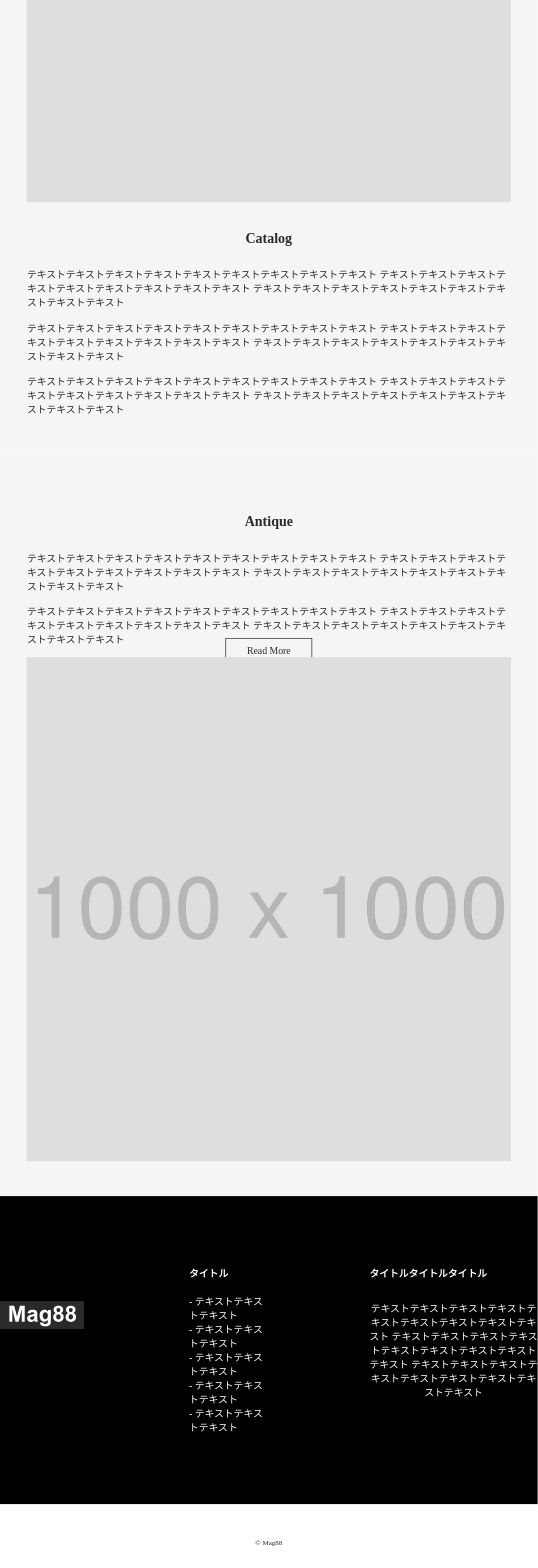
Repository: n19880405nick/challenge
Page: Codestep/Mag88/mag88.html
The author's editor kept a record of every edit. The page is drawn from the files as they stood at one moment, then again after the next edit.
The browser window is 768 px wide. The pictures show the part of the page from y = 3654 to 5894 px (the page is 5894 px tall before and 5844 px after), at 70% of full size.

Above is the page before.

### Codestep/Mag88/mag88.html
<!DOCTYPE html>
<html lang="ja">
  <head>
    <meta charset="UTF-8">
    <meta name="viewport" content="width=device-width,initial-scale=1.0">
    <title>Mag88</title>
    <link rel="stylesheet" href="mag88.css">
    <link rel="shortcut icon" href="img/favicon.ico">
  </head>

  <body>
    <main>
      <div class="main-visual">
        <img class="logo" src="img/logo.svg">
      </div>

      <div class="content1">
        <span class="title"><strong>A special, long article in a newspaper or magazine</strong></span>
        <span class="text">テキストテキストテキストテキストテキストテキストテキストテキストテキストテキスト<br>
                           テキストテキストテキストテキストテキストテキストテキストテキスト</span>
        <div class="contents-images">
          <a href="">
            <div class="content-image">
              <div class="inner">
                <span class="title"><strong>Archive</strong></span>
                <span class="inner-text">テキストテキストテキストテキスト<br>テキストテキストテキスト</span>
              </div>
            </div>
          </a>
          <a href="">
            <div class="content-image">
              <div class="inner">
                <span class="title"><strong>New</strong></span>
                <span class="inner-text">テキストテキストテキストテキスト<br>テキストテキストテキスト</span>
              </div>
            </div>
          </a>
        </div>
      </div>

      <div class="content2">
        <span class="title"><strong>Fashion & Style</strong></span>
        <span class="text">テキストテキストテキストテキストテキストテキストテキストテキストテキストテキスト<br>
                           テキストテキストテキストテキストテキストテキストテキストテキスト</span>
        <a href=""><span class="to-top">Read More</span></a>
      </div>

      <div class="content3">
        <div class="catalog-image"></div>
        <div class="catalog-text">
          <span class="title"><strong>Catalog</strong></span>
          <span class="text">
            テキストテキストテキストテキストテキストテキストテキストテキストテキスト
            テキストテキストテキストテキストテキストテキストテキストテキストテキスト
            テキストテキストテキストテキストテキストテキストテキストテキストテキスト<br><br>
            テキストテキストテキストテキストテキストテキストテキストテキストテキスト
            テキストテキストテキストテキストテキストテキストテキストテキストテキスト
            テキストテキストテキストテキストテキストテキストテキストテキストテキスト<br><br>
            テキストテキストテキストテキストテキストテキストテキストテキストテキスト
            テキストテキストテキストテキストテキストテキストテキストテキストテキスト
            テキストテキストテキストテキストテキストテキストテキストテキストテキスト
          </span>
        </div>
      </div>

      <div class="content4">
        <div class="antique-text">
          <span class="title"><strong>Antique</strong></span>
          <span class="text">
            テキストテキストテキストテキストテキストテキストテキストテキストテキスト
            テキストテキストテキストテキストテキストテキストテキストテキストテキスト
            テキストテキストテキストテキストテキストテキストテキストテキストテキスト<br><br>
            テキストテキストテキストテキストテキストテキストテキストテキストテキスト
            テキストテキストテキストテキストテキストテキストテキストテキストテキスト
            テキストテキストテキストテキストテキストテキストテキストテキストテキスト
          </span>
          <a href=""><span class="to-top">Read More</span></a>
        </div>
        <div class="antique-image"></div>
      </div>

      <div class="pre-footer">
        <a href=""><img class="logo" src="img/logo.svg"></a>
        <div class="pre-footer-list">
          <span class="pre-footer-title"><strong>タイトル</strong></span>
          <ul class="list">
            <li>- テキストテキストテキスト</li>
            <li>- テキストテキストテキスト</li>
            <li>- テキストテキストテキスト</li>
            <li>- テキストテキストテキスト</li>
            <li>- テキストテキストテキスト</li>
          </ul>
        </div>
        <div class="pre-footer-text">
          <span class="pre-footer-title"><strong>タイトルタイトルタイトル</strong></span>
          <span class="text">
            テキストテキストテキストテキストテキストテキストテキストテキストテキスト
            テキストテキストテキストテキストテキストテキストテキストテキストテキスト
            テキストテキストテキストテキストテキストテキストテキストテキストテキスト
          </span>
        </div>
      </div>

    </main>

    <footer>
      <span class="copyrights">© Mag88</span>
    </footer>
  </body>
</html>

### Codestep/Mag88/mag88.css
*{
  margin: 0;
  padding: 0;
  box-sizing: border-box;
}

body{
  font-family: Arial、Hiragino Sans、Hiragino Kaku Gothic ProN、Meiryo、sans-serif;
  font-size: 0.875rem;
  color: #2a2a2a;
}

.main-visual{
  width: 100%;
  height: 100vh;
  background-image: url("img/mainvisual.jpg");
  background-size: cover;
  background-position: center;
  position: relative;
}

.main-visual .logo{
  position: absolute;
  right: 30px;
  top: 30px;
}

.content1, .content2, .content3, .content4, .pre-footer{
  width: 1200px;
  padding: 0 5%;
  margin: 50px auto;
}

.content1{
  display: flex;
  flex-direction: column;
  align-items: center;
}

.title{
  font-size: 20px;
}

.text{
  margin: 30px 0;
  text-align: center;
}

.contents-images{
  display: flex;
  justify-content: center;
}

.content-image{
  width: 500px;
  height: 500px;
  margin: 0 10px;
  background-size: cover;
  background-position: center;
  position: relative;
}

.content-image:nth-child(1){
  background-image: url("img/magazine-archive.jpg");
}

.content-image:nth-child(2){
  background-image: url("img/magazine-new.jpg");
}

a{
  text-decoration: none;
}

a:hover{
  opacity: 0.7;
}

.inner{
  width: 50%;
  color: white;
  background-color: rgba(0, 0, 0, 0.5);
  position: absolute;
  top: 40%;
  left: 25%;
  display: flex;
  flex-direction: column;
  align-items: center;
}

.inner-text{
  text-align: center;
}

.content2{
  margin-top: 50px;
  padding-top: 30px;
  width: 100vw;
  height: 600px;
  background-image: url("img/fashion.jpg");
  background-size: cover;
  background-position: center;
  display: flex;
  flex-direction: column;
  align-items: center;
}

.to-top{
  color: #2a2a2a;
  padding: 10px 30px;
  border: solid 1px #2a2a2a;
}

.content3, .content4{
  width: 100vw;
  margin: 0;
  padding: 50px 5%;
  display: flex;
  justify-content: center;
  background-color: #f5f5f5;
}

.catalog-image, .antique-image{
  width: 500px;
  height: 500px;
  margin: 0 10px;
  background-size: cover;
  background-position: center;
}

.catalog-image{
  background-image: url("img/catalog.jpg");
}

.antique-image{
  background-image: url("img/antique.jpg");
}

.catalog-text, .antique-text{
  width: 500px;
  margin: 0 10px;
  padding-top: 40px;
  display: flex;
  flex-direction: column;
  align-items: center;
}

.catalog-text .text, .antique-text .text{
  margin-bottom: 50px;
  text-align: left;
}

.pre-footer{
  width: 100vw;
  background-color: black;
  color: white;
  padding: 100px 0;
  margin-top: 0;
  display: flex;
  justify-content: center;
}

.pre-footer .logo{
  padding-top: 50px;
}

.pre-footer-list{
  margin: 0 150px;
}

.list{
  margin-top: 20px;
  list-style: none;
}

.pre-footer-text{
  width: 390px;
  display: flex;
  flex-direction: column;
}

footer{
  display: flex;
  justify-content: center;
}

.copyrights{
  font-size: 10px;
  margin-bottom: 30px;
}

@media screen and (max-width: 896px){
  .content1, .content2{
    width: 100%;
    padding: 0 5%;
    margin: 50px auto;
  }

  .contents-images{
    flex-direction: column;
    align-items: center;
  }

  .content-image{
    width: 90vw;
    height: 90vh;
    margin-top: 30px;
  }

  .content2{
    margin-top: 50px;
    padding-top: 30px;
  }

  .content3, .content4{
    flex-direction: column;
    align-items: center;
  }

  .content4{
    margin-top: 0;
  }

  .catalog-image, .antique-image{
    width: 90vw;
    height: 90vh;
  }

  .catalog-text .text, .antique-text .text{
    margin-bottom: 0;
    width: 90vw;
  }

}

After the next edit:
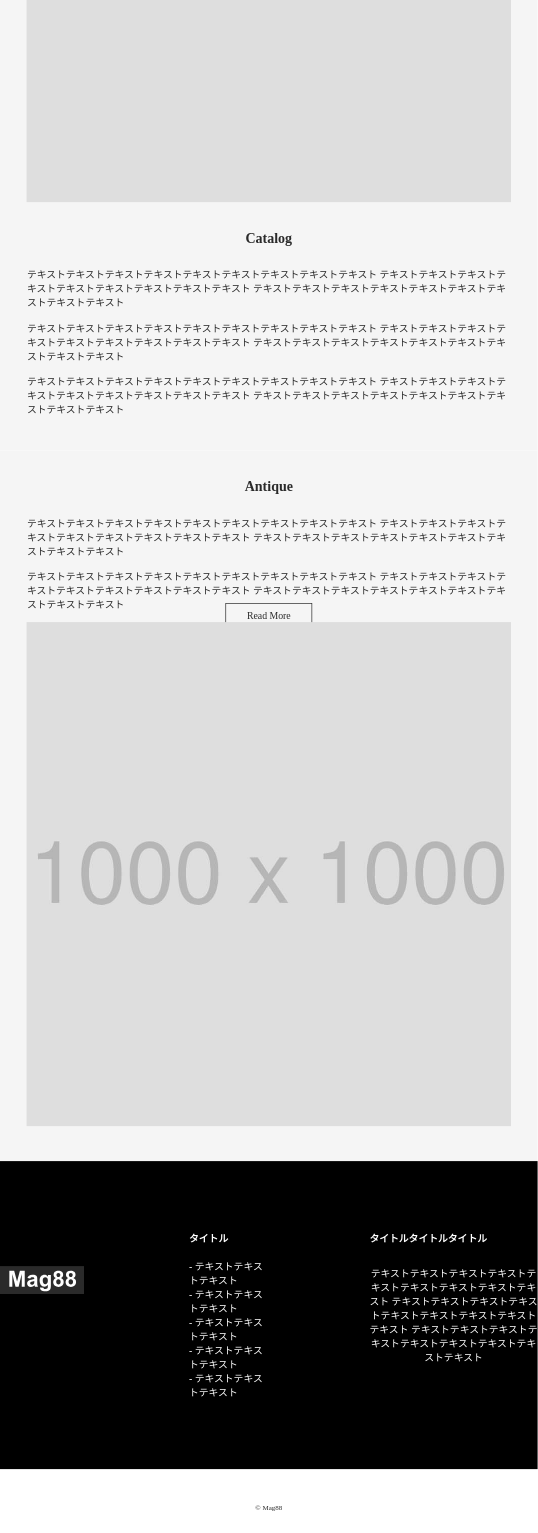
The edit:
--- a/Codestep/Mag88/mag88.css
+++ b/Codestep/Mag88/mag88.css
@@ -218,7 +218,7 @@
   }
 
   .content4{
-    margin-top: 0;
+    padding-top: 0;
   }
 
   .catalog-image, .antique-image{
